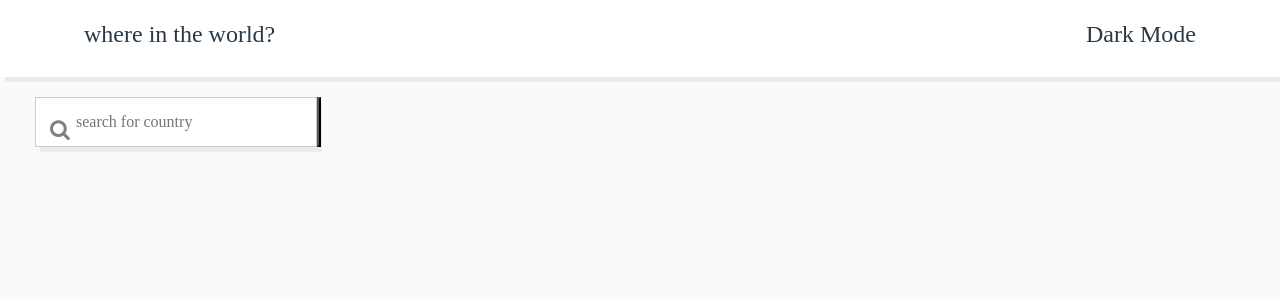
Repository: lamilekan263/countries
Page: /
These files come from the project's save history. The page is drawn as it stood at one moment and after the next save; the edit follows.
The browser window is 1280 px wide. The pictures show the whole page.
The page's requests for data from a server got no answer. The project was rebuilt for these pictures with package versions that can differ from the ones it lists, and the page was loaded fresh each time. No one was signed in, and anything a server would have sent is missing. Also part of the build but not shown: src/components/country/country.css, src/components/country/country.jsx.

Above is the page before, as saved 2020-07-30 16:30:34.

### src/index.js
import React from 'react';
import ReactDOM from 'react-dom';
import 'bootstrap/dist/css/bootstrap.css'
import App from './App';
import './App.css'

ReactDOM.render(
  <React.StrictMode>
    <App />
  </React.StrictMode>,
  document.getElementById('root')
);

// If you want your app to work offline and load faster, you can change
// unregister() to register() below. Note this comes with some pitfalls.
// Learn more about service workers: https://bit.ly/CRA-PWA
if(module.hot){
  module.hot.accept()
}

### src/App.js
import React, {Component} from 'react';
import NavBar from './components/Navbar/navBar.component'
import CountryList from './components/country-list/country-list.component'
import MyForm from './components/form.component/form.component'

class App extends Component {
  constructor(){
    super();
    this.state={
      countries :[


      ],
      searchValue : ''

      }
  }
    componentDidMount(){
    fetch('https://restcountries.eu/rest/v2/all')
    .then(response => response.json())
    .then(countries => this.setState({countries}))
  }

  handleCountry = e =>{
    this.setState({searchValue : e.target.value})
    console.log(e)

  }

  render() {
    const {countries, searchValue} = this.state
    const filteredCountries = countries.filter(country => country.name.toLowerCase().includes(searchValue.toLowerCase()))
    return (
      <div>
        <NavBar  />
        <MyForm handleChange ={this.handleCountry}/>
          <CountryList countries = {filteredCountries} />


      </div>
    );
  }
}

export default App;

### src/components/Navbar/navBar.component.jsx
import React  from 'react';
import '../Navbar/navbar.styles.css'
const NavBar = () => {
    return (
        <nav >
            <div className="myContainer" id="nav-flex">
                <div>
                    <h1 >where in the world?</h1>
                </div>
                <div>
                    <h1>Dark Mode</h1>
                </div>
            </div>
        </nav>
     );
}

export default NavBar;

### src/components/country-list/country-list.component.jsx
import React from 'react';
import Country from '../country/country'
import './country-list.styles.css'
const CountryList = props => {
    return (
        <div className="country-list container-fluid">
                    <div className="flex-country">
                        {
                            props.countries.map((country,index) => (
                                    <Country key={ index } country ={country}/>
                                    ))
                                }
                    </div>
        </div>
     );
}

export default CountryList;

### src/components/form.component/form.component.jsx
import React, { useState } from 'react';
import Input from "../input.component/input.component"
import SelectDropDownByRegion from '../selectCountryRegion/selectCountryRegion.component'
import './form.styles.css';




const MyForm =props =>{
    const [text, textState] = useState('')
    const onChange = e => textState(e.target.value);

    const onSubmit = e =>{
        e.preventDefault();

    }

    return(
        <div className="container-fluid">
            <form className="myForm" onSubmit = {onSubmit}>
                    <Input onHandleChange={props.handleChange}/>
                    <button></button>
                    <SelectDropDownByRegion/>
            </form>
        </div>
    );
}


export default MyForm

### src/components/Navbar/navbar.styles.css

nav{
    background-color:white;
    color:hsl(209, 23%, 22%);
    box-shadow: 5px 5px rgb(236, 234, 234);
    /* position: fixed; /* Set the navbar to fixed position */
    /* top: 0px;
    overflow: hidden;
    z-index:1; */
    width:100%;

}

h1{
    font-size:1.5em;
}
#nav-flex{
    display:flex;
    justify-content: space-between;
    padding:20px;
}
.myContainer{
    width:90%;
    margin:0 auto;
    overflow:hidden;
}

### src/components/country-list/country-list.styles.css

.country-list{
    padding:0% 7%;
    margin:150px 0 20px;


}
@media(min-width:750px){
    .flex-country{
        display:flex;
        flex-wrap:wrap;
        justify-content: space-around;
    }
}

### src/components/input.component/input.component.jsx
import React from 'react';

import './input.styles.css'


const Input = props =>(
    <div className="fontuser">
            <input type="text"
                    placeholder="search for country"
                     required />
            <i className="fa fa-search fa-lg" >{props.onHandleChange}</i>
    </div>
)

export default Input;

### src/components/selectCountryRegion/selectCountryRegion.component.jsx
import React from 'react';

import './selectCountryRegion.styles.css'

const SelectDropDownByRegion = () =>(
    <div>

     </div>
)


export default SelectDropDownByRegion

### src/components/form.component/form.styles.css
.myForm{
    position:absolute;
    top:30;
    left:10;
    display: flex;
    justify-content: space-between;
    margin:20px;
}

### src/components/input.component/input.styles.css
input{
    width:100%;
    border:none;
    box-shadow:5px 5px rgb(236, 234, 234);

    padding: 12px 40px;

    display: inline-block;
    border: 1px solid #ccc;
    box-sizing: border-box;
}
input :active{
    border: 1px solid red;

}
i{
    position: absolute;
    left: 15px;
    top: 25px;
    color: gray;
}

### src/components/selectCountryRegion/selectCountryRegion.styles.css
select{
    padding: 12px 40px;
    border: none;
    background-color: #fff;
    box-shadow:5px 5px rgb(236, 234, 234);
}
select ::after{
    padding:10px;
}

Loaded but not shown: public/index.html (common file); src/App.css (common file)

After the next save:
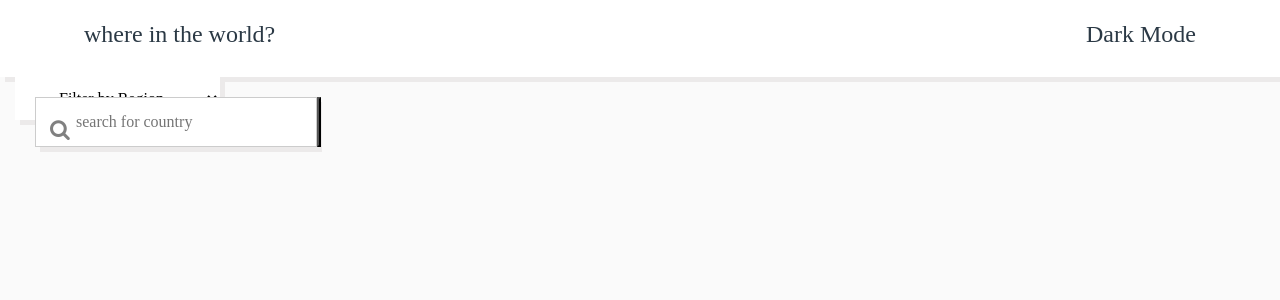
Saved 25 s later.
--- a/src/components/form.component/form.component.jsx
+++ b/src/components/form.component/form.component.jsx
@@ -22,6 +22,14 @@ const MyForm =props =>{
                     <button></button>
                     <SelectDropDownByRegion/>
             </form>
+            <select name="Filter by Region">
+            <option value="">Filter by Region</option>
+            <option value="Africa">Africa</option>
+            <option value="Americas">Americas</option>
+            <option value="Asia">Asia</option>
+            <option value="Europe">Europe</option>
+            <option value="Oceania">Oceania</option>
+        </select>
         </div>
     );
 }
